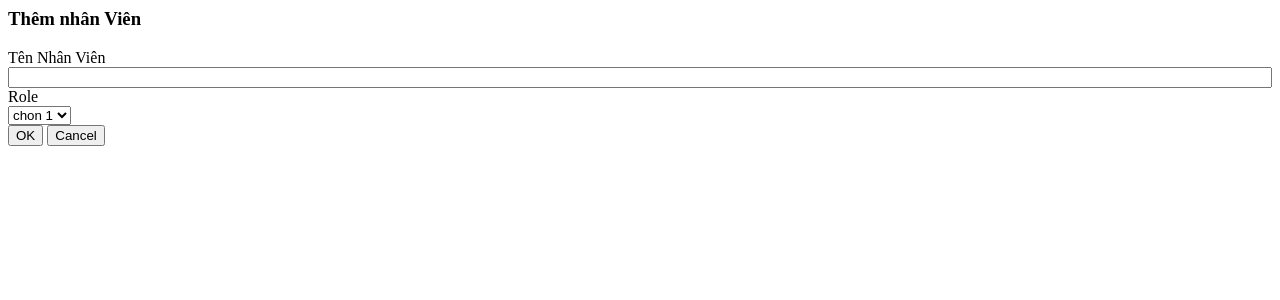
Repository: chickenoken/LuanAn
Page: http://localhost/net/quanLyNhanVienControl
The author's editor kept a copy of each file at every save. The page is drawn from the files as they stood at one save, then again after the next save.
The browser window is 1280 px wide. The pictures show the whole page.
The page is served by Tomcat 9.

Above is the page before, as saved 2019-06-17 09:32:26.

After the next save:
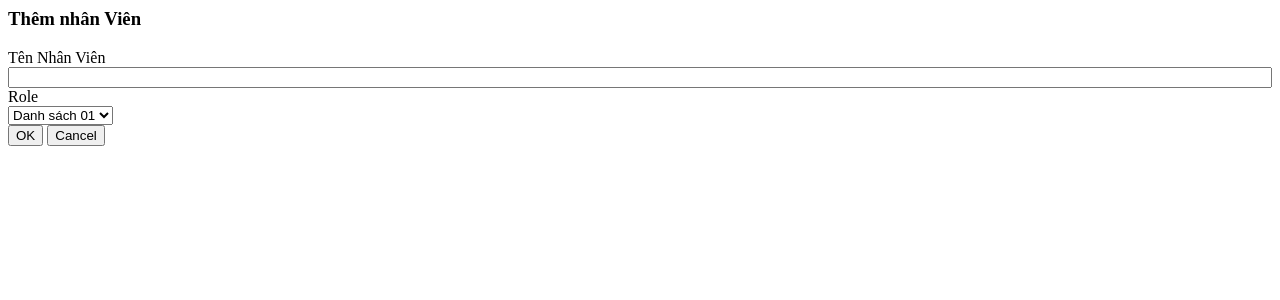
Saved 59 s later.
--- a/net/src/main/webapp/WEB-INF/pages/quanLyNhanVienControl.jsp
+++ b/net/src/main/webapp/WEB-INF/pages/quanLyNhanVienControl.jsp
@@ -13,13 +13,12 @@
     <div class="form-group">
       <div class="col-md-4"><span>Role</span></div>
       <div class="col-md-8">
-        <select id="chon" name="chon">
-        <option value="1">chon 1</option>
-        <option value="2">chon 2</option>
-        <option value="3">chon 3</option>
-        <option value="4">chon 4</option>
-
-    </select>
+        <select>
+<option>Danh sách 01</option>
+<option>Danh sách 02</option>
+<option>Danh sách 03</option>
+<option>Danh sách 04</option>
+</select>
       </div>
     </div>
   </div>
